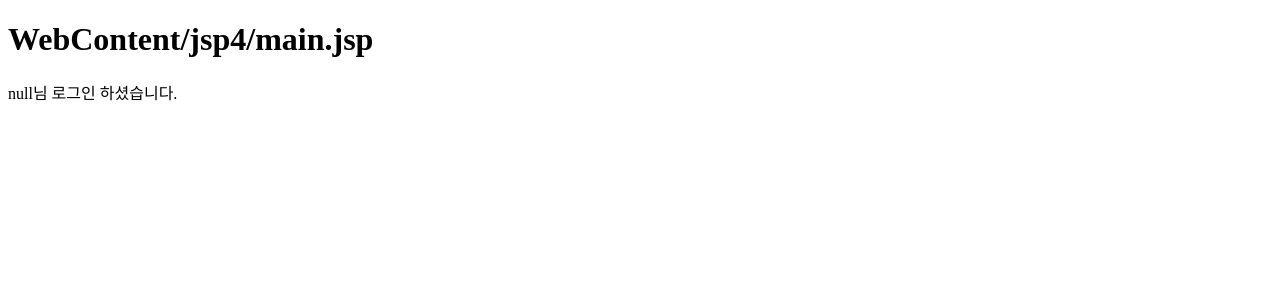
Repository: ReadStar/workspace_jsp
Page: http://localhost/StudyJSP/jsp4/main.jsp
The author's editor kept a copy of each file at every save. The page is drawn from the files as they stood at one save, then again after the next save.
The browser window is 1280 px wide. The pictures show the whole page.
The page is served by Tomcat 9. Other server files are loaded and not shown.

Above is the page before, as saved 2020-08-25 08:07:17.

### StudyJSP/WebContent/jsp4/main.jsp
<%@ page language="java" contentType="text/html; charset=UTF-8"
    pageEncoding="UTF-8"%>
<!DOCTYPE html>
<html>
<head>
<meta charset="UTF-8">
<title>Insert title here</title>
</head>
<body>
<h1>WebContent/jsp4/main.jsp</h1>
<%=session.getAttribute("id") %>님 로그인 하셨습니다.
</body>
</html>

After the next save:
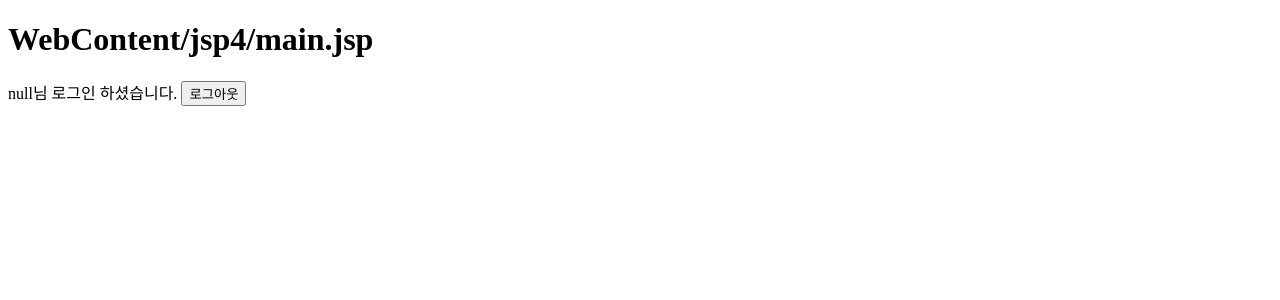
Saved 3 min 38 s later.
--- a/StudyJSP/WebContent/jsp4/main.jsp
+++ b/StudyJSP/WebContent/jsp4/main.jsp
@@ -9,5 +9,7 @@
 <body>
 <h1>WebContent/jsp4/main.jsp</h1>
 <%=session.getAttribute("id") %>님 로그인 하셨습니다.
+<input type="button" value="로그아웃""
+		onclick="location.href='logout.jsp'">
 </body>
 </html>
